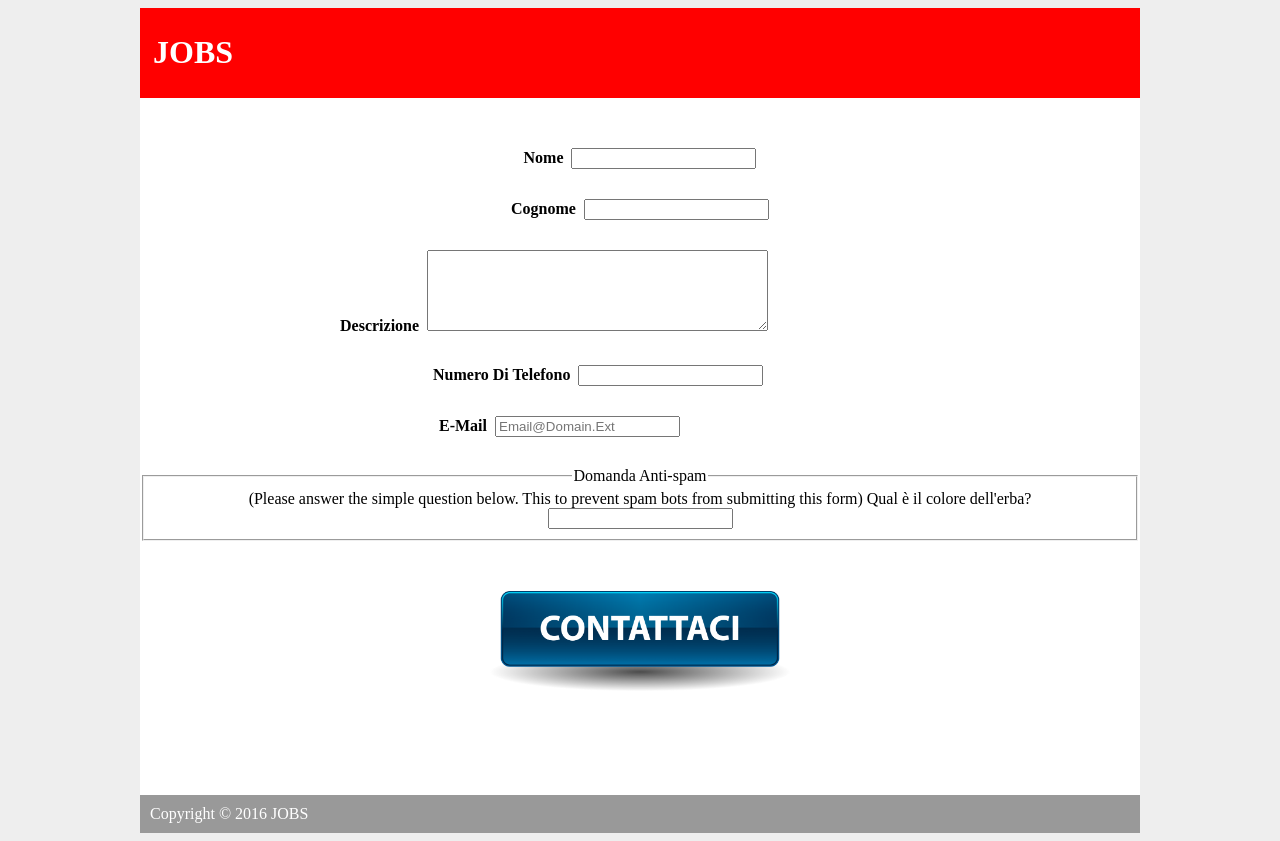
Repository: ProjectRC/RC
Page: client/contattaci.html
The author's editor kept a record of every edit. The page is drawn from the files as they stood at one moment, then again after the next edit.
The browser window is 1280 px wide. The pictures show the whole page.

Above is the page before.

After the next edit:
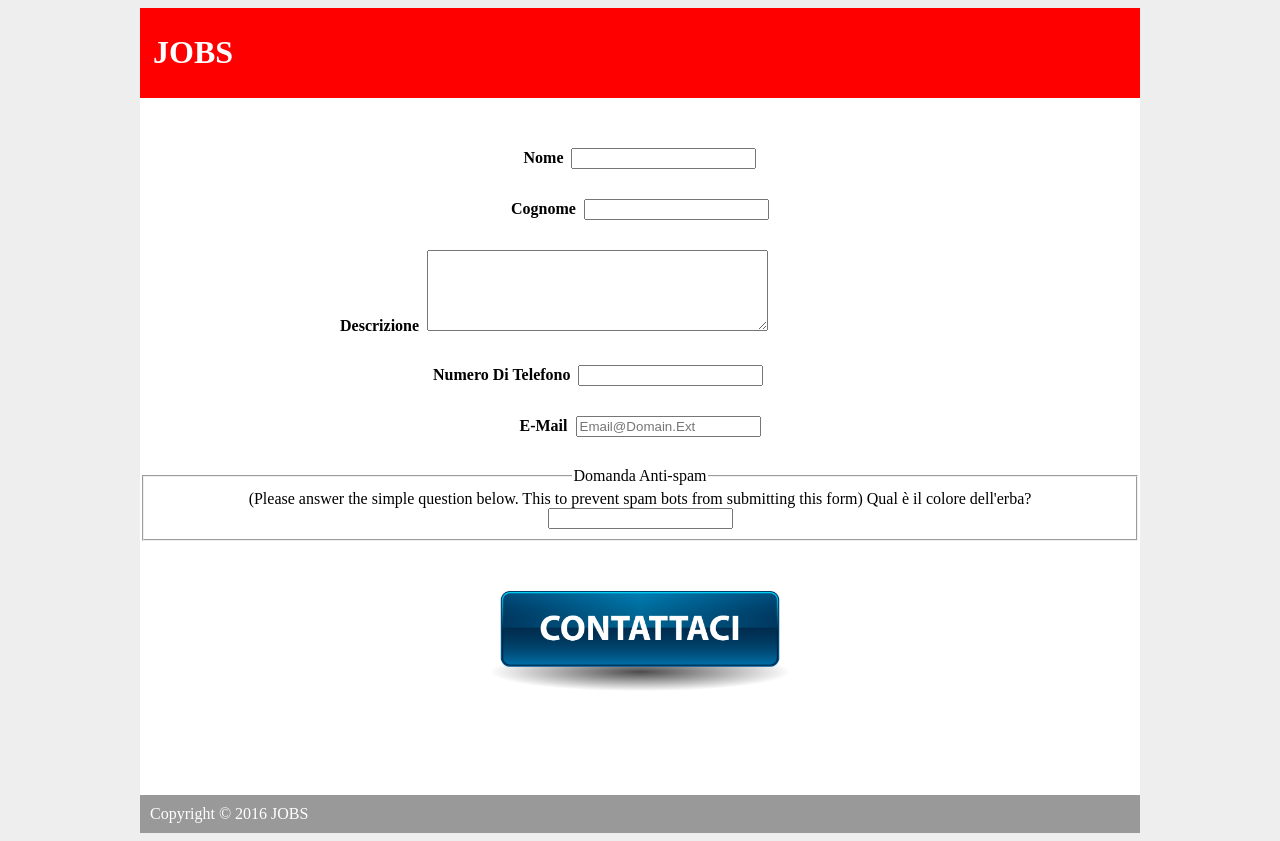
The edit:
--- a/client/css/contattaci.css
+++ b/client/css/contattaci.css
@@ -51,8 +51,8 @@
 
 #email {
     margin-top: 30px;
-    text-align: left;
-    margin-left: 299px;
+    text-align: center;
+    /*margin-left: 299px;*/
     text-transform: capitalize;
 }
 
